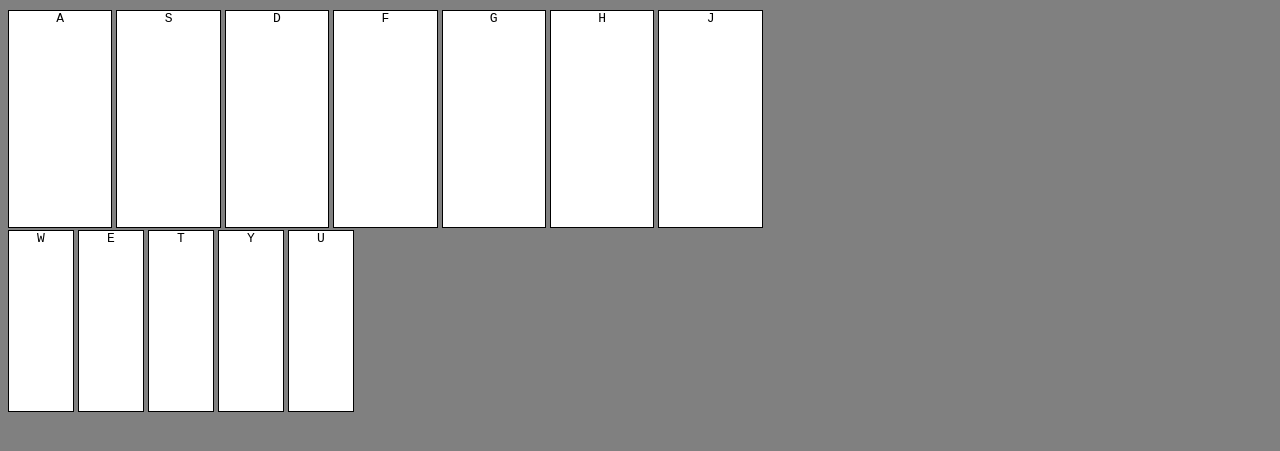
Repository: ctcoleman/Virtual-Piano
Page: index.html
These files come from the project's save history. The page is drawn as it stood at one moment and after the next save; the edit follows.
The browser window is 1280 px wide. The pictures show the whole page.

Above is the page before, as saved 2020-07-20 08:49:28.

After the next save:
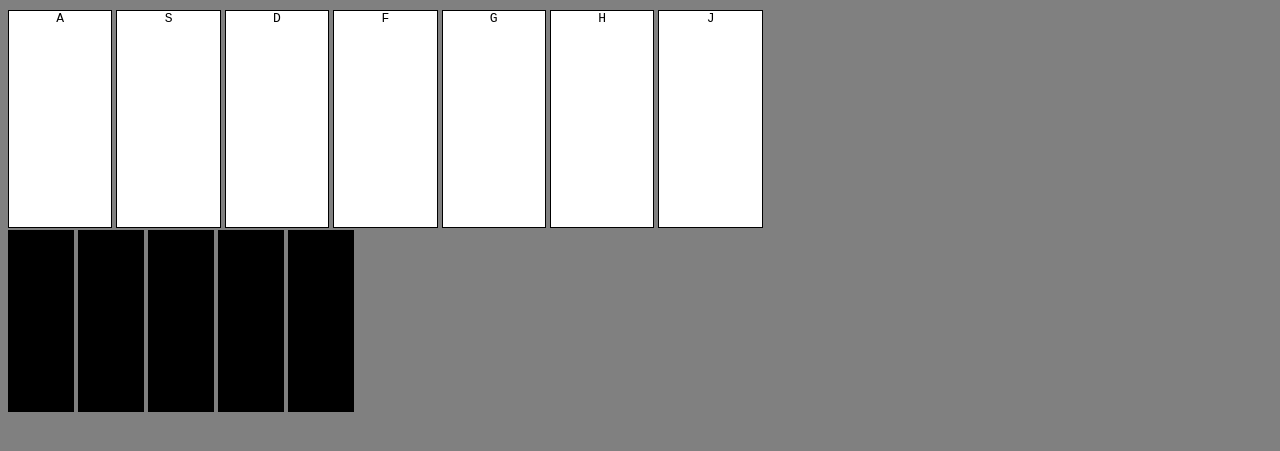
Saved 19 s later.
--- a/index.css
+++ b/index.css
@@ -30,6 +30,6 @@ html {
     display: inline-block;
     width: 5vw;
     height: 25vh;
-    background: white;
+    background: black;
     border: 1px solid black;
 }
